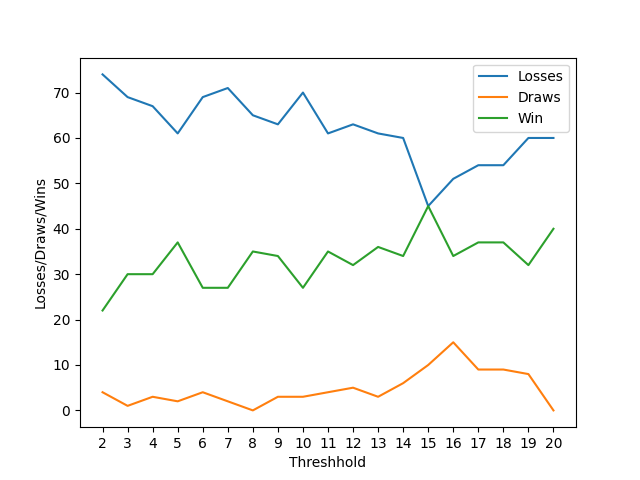
Repository: hosua/blackjack-cs241
Script's output: python main.py
The author's editor kept a copy of each file at every save. The script's output is drawn from the files as they stood at one save, then again after the next save.
Random numbers start from a fixed seed.

Above is the script's output before, as saved 2022-12-12 13:54:25.

After the next save:
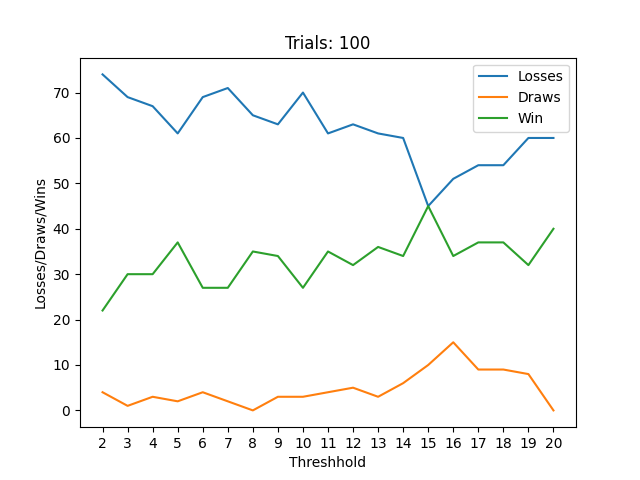
Saved 69 min 17 s later.
--- a/tester.py
+++ b/tester.py
@@ -195,6 +195,7 @@ def graph_data(trials: int, np_thresh, np_loss, np_draw, np_win, dt_str: str):
     y_ticks = range(0, trials, int(trials/10))
     # x = np.arange(2,20)
     # y = 2*x+5
+    plt.title(f"Trials: {trials}")
     plt.xticks(x_ticks)
     plt.yticks(y_ticks)
     plt.xlabel("Threshhold")
